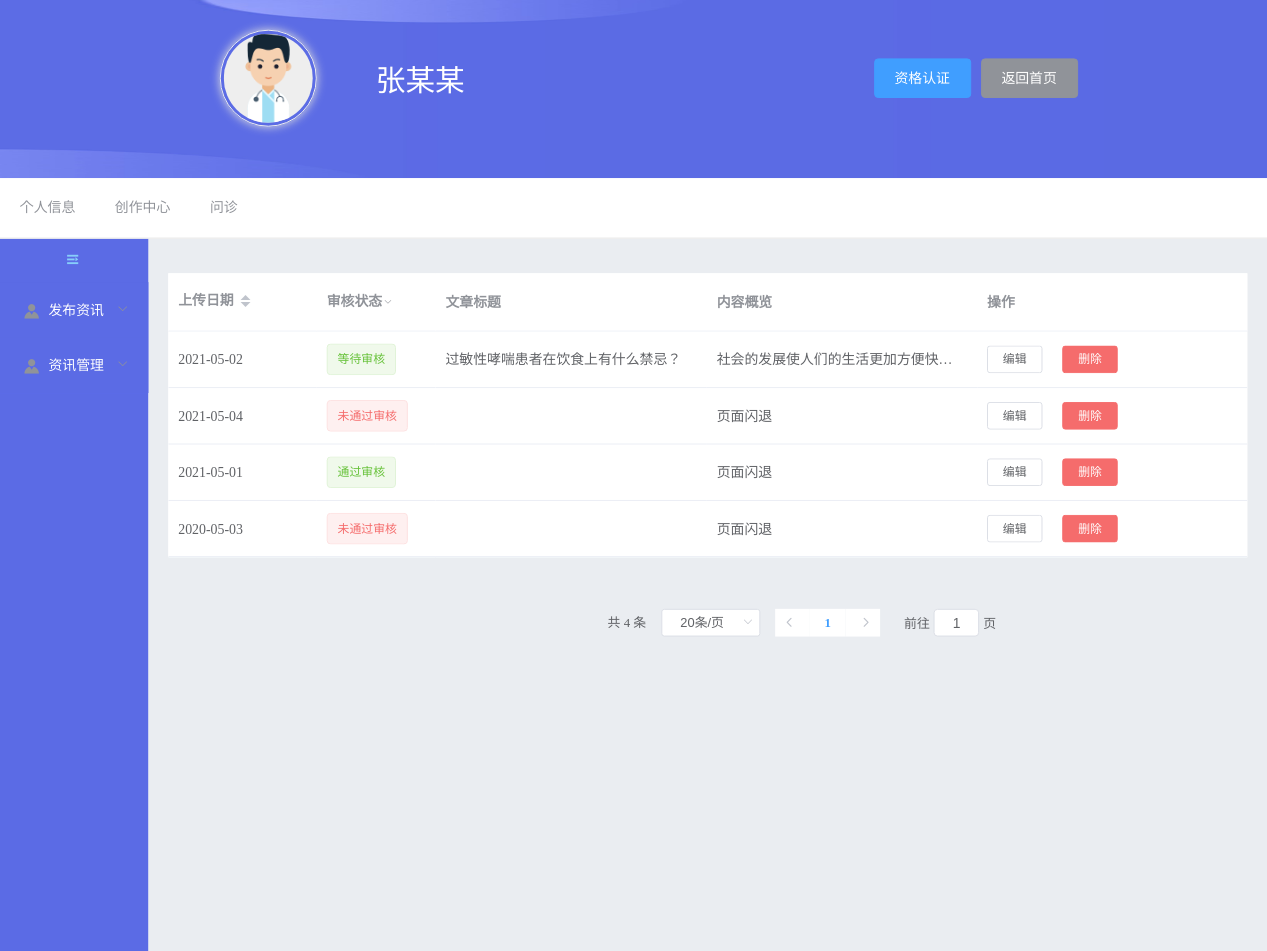
Repository: DiscreteL/SOA_Front
Page: /#/manageArticle
These files come from the project's save history. The page is drawn as it stood at one moment and after the next save; the edit follows.
The browser window is 1280 px wide. The pictures show the whole page, at 99% of full size.
The project was rebuilt for these pictures with package versions that can differ from the ones it lists, and the page was loaded fresh each time. Also part of the build but not shown: vue.config.js, src/components/navigation.vue, src/components/dialog.vue, src/views/news.vue, src/components/announcement.vue, src/components/patientKnow.vue, src/views/Home.vue, src/views/login.vue and 15 more.

Above is the page before, as saved 2021-11-29 12:43:30.

### src/main.js
import Vue from 'vue'
import App from './App.vue'
import router from './router'
import store from './store'
import ElementUI from 'element-ui';
import 'element-ui/lib/theme-chalk/index.css';
import instance_ from "@/utils/api";

Vue.use(ElementUI);

Vue.config.productionTip = false

Vue.prototype.instance = instance_

new Vue({
  router,
  store,
  render: h => h(App)
}).$mount('#app')

router.beforeEach((to, from, next) => {
  /* 路由发生变化修改页面title */
  if (to.meta.title) {
      document.title = to.meta.title
  }
  next()
})

### src/App.vue
<template>
  <div id="app">
    <router-view/>
  </div>
</template>

<style lang="less" scoped>
</style>

<script>
export default {
  name: 'app'
}
</script>

### src/utils/api.js
//输出通用axios实例
import axios from 'axios';
axios.defaults.withCredentials = false

const instance = axios.create({
  timeout: 10000,
   headers: {
    'Content-Type': "multipart/form-data;charset=utf-8",
  }
});

export default {
  //GqvbYer04485869e6b5acbed4ed10dfd79468f6d84577b1

   diseaseList (data) {
     return instance.get("https://api.apishop.net/common/disease/queryDiseaseList?apiKey=GqvbYer04485869e6b5acbed4ed10dfd79468f6d84577b1&page=1&pageSize=50", data);
   },
   diseaseInfo(data){
    return instance.get("https://api.apishop.net/common/disease/queryDiseaseInfo?apiKey=GqvbYer04485869e6b5acbed4ed10dfd79468f6d84577b1&diseaseID="+data);
   }


//   allUser () {
//     return instance.post('/api/user');
//   },
//   allProduct () {
//    return instance.post('/api/product')
//   },
//   upload (data) {
//     return instance.post('/api/upload',data)
//   },
//   regist (data){
//   	return instance.post('/api/createOrUpdateUser',data)
//   }
};

### src/views/doctor/messageCenter.vue
<template>
  <div class="home_container">
    <UserHomeNav2></UserHomeNav2>
    <!--页面主体区-->
    <el-container>
      <!--侧边栏-->
      <el-aside :width="isCollapse ? '64px' : '150px'">
        <div class="toggle-button" @click="toggleCollapse">
          <div v-if="this.isCollapse == true">
            <i class="el-icon-s-fold"></i>
          </div>
          <div v-else>
            <i class="el-icon-s-unfold"></i>
          </div>
        </div>
        <el-menu
          background-color="#5b6be5"
          text-color="#fff"
          active-text-color="#409EFF"
          :collapse="isCollapse"
          :collapse-transition="false"
          :router="true"
          :default-active="activePath"
        >
          <!-- :unique-opened="true"->只允许展开一个菜单 -->
          <!-- :collapse-transition="false" -> 关闭动画 -->
          <!-- router -> 导航开启路由模式 -->
          <el-submenu index="1">
          <!-- 一级菜单模板 -->
          <template slot="title">
            <i class="el-icon-s-custom"></i>
            <span>发布资讯</span>
          </template>
            <el-menu-item index="/uploadArticle" @click="saveNavState('/uploadArticle')">
              <i class="el-icon-date" style="color: #dcdcdc"></i>
              <span slot="title">发布文章</span>
            </el-menu-item>
            <el-menu-item index="/uploadVideo" @click="saveNavState('/uploadVideo')">
              <i class="el-icon-date" style="color: #dcdcdc"></i>
            <span slot="title">上传视频</span>
            </el-menu-item>
          </el-submenu>
          <el-submenu index="2">
          <!-- 一级菜单模板 -->
          <template slot="title">
            <i class="el-icon-s-custom"></i>
            <span>资讯管理</span>
          </template>
            <el-menu-item index="/manageArticle" @click="saveNavState('/manageArticle')">
              <i class="el-icon-date" style="color: #dcdcdc"></i>
              <span slot="title">文章管理</span>
            </el-menu-item>
            <el-menu-item index="/manageVideo" @click="saveNavState('/manageVideo')">
              <i class="el-icon-date" style="color: #dcdcdc"></i>
            <span slot="title">视频管理</span>
            </el-menu-item>
          </el-submenu>
        </el-menu>
      </el-aside>
      <!--右侧主体区-->
      <el-main>
        <router-view></router-view>
      </el-main>
    </el-container>
  </div>
</template>

<script>
import UserHomeNav2 from "@/components/userhomenav2.vue";

export default {
  name: "messageCenter",
  components: {
    UserHomeNav2,
  },
  data() {
    return {
      // 默认不折叠
      isCollapse: false,
      // 被激活导航地址
      activePath: "",
    };
  },
  created() {
    this.activePath = window.sessionStorage.getItem("activePath");
  },
  methods: {
    toggleCollapse() {
      this.isCollapse = !this.isCollapse;
    },
    saveNavState(activePath) {
      window.sessionStorage.setItem("activePath", activePath);
      this.activePath = activePath;
    },
  },
};
</script>

<style lang="less" scoped>
html,
body {
  width: 100%;
  height: 100%;
  margin: 0px;
  padding: 0px;
}
.home_container{
    height: 100vh;
}
.el-container{
    height: 100%;
}
.el-aside {
  background-color: #5b6be5;
  .el-menu {
    border-right: none;
  }
}
.el-main {
  background-color: #eaedf1;
}
.toggle-button {
  background-color: #5b6be5;
  font-size: 15px;
  line-height: 24px;
  color: #87cefa;
  text-align: center;
  letter-spacing: 0.2em;
  cursor: pointer;
  padding: 10px;
}
.logo_box {
  height: 60px;
  width: 60px;
  border: 5px #53868b;
  border-radius: 50%; /* 圆角 */
  position: relative;
  margin: 30px;
}
.port_box img {
  width: 100%;
  height: 100%;
  border-radius: 50%; /* 圆角 */
  background-color: #53868b;
}
</style>

### src/views/doctor/message/manageArticle.vue
<template>
  <div class="reportForm">
    <div class="form" style="margin-top: 15px">
      <el-table
        ref="filterTable"
        :data="
          tableData.slice((currentPage - 1) * pageSize, currentPage * pageSize)
        "
        style="width: 100%"
      >
        <el-table-column
          prop="date"
          label="上传日期"
          sortable
          width="150"
          column-key="date"
        >
        </el-table-column>
        <el-table-column
          prop="status"
          label="审核状态"
          width="120"
          :filters="[
            { text: '等待审核', value: '等待审核' },
            { text: '通过审核', value: '通过审核' },
            { text: '未通过审核', value: '未通过审核' },
          ]"
          :filter-method="filterStatus"
          filter-placement="bottom-end"
        >
          <template slot-scope="scope">
            <el-tag
              :type="scope.row.status === '未通过审核' ? 'danger' : 'success'"
              disable-transitions
            >
              {{ scope.row.status }}
            </el-tag>
          </template>
        </el-table-column>
        <el-table-column
          prop="title"
          label="文章标题"
          :show-overflow-tooltip="true"
        >
        </el-table-column>
        <el-table-column
          prop="content"
          label="内容概览"
          :show-overflow-tooltip="true"
        >
        </el-table-column>
        <el-table-column label="操作">
          <el-button size="mini" @click="dialogTableVisible = true"
            >编辑</el-button
          >
          <el-dialog title="反馈信息" :visible.sync="dialogTableVisible">
            <el-descriptions direction="vertical" :column="4" border>
              <el-descriptions-item label="用户id">123456789</el-descriptions-item>
              <el-descriptions-item label="反馈时间">2016-05-02</el-descriptions-item>
              <el-descriptions-item label="反馈内容"
                >页面闪退</el-descriptions-item
              >
              <el-descriptions-item label="处理结果"
                >NULL</el-descriptions-item
              >
            </el-descriptions>
          </el-dialog>
          <el-button
            size="mini"
            type="danger"
            style="margin-left: 20px"
            @click="del"
            >删除</el-button
          >
        </el-table-column>
      </el-table>
    </div>
    <div class="block">
      <el-pagination
        align="center"
        @size-change="handleSizeChange"
        @current-change="handleCurrentChange"
        :current-page="currentPage"
        :page-sizes="[1, 5, 10, 20]"
        :page-size="pageSize"
        layout="total, sizes, prev, pager, next, jumper"
        :total="tableData.length"
      >
      </el-pagination>
    </div>
  </div>
</template>

<script>
export default {
  data() {
    return {
      tableData: [
        {
          date: "2021-05-02",
          status: "等待审核",
          title: "过敏性哮喘患者在饮食上有什么禁忌？",
          content: '社会的发展使人们的生活更加方便快捷，推动了人民中国质量的提高。但是另一方面也给人类带来了一些危害，社会快速发展的背后就是工业的发展，工业发展必然会带来一些环境污染，环境未来竟然又会影响到人类，所以如何实现人地协调发展是一个非常重要的问题。如果不能实现人地协调发展，就会给人类带来很大的危害。就比如说现在各种疾病的患病率越来越高，和工业污染有一定的关联。今天就给大家介绍一下，过敏性哮喘患者在饮食上有什么样的禁忌。'
        },
        {
          date: "2021-05-04",
          status: "未通过审核",
          id: '123456789',
          content: '页面闪退'
        },
        {
          date: "2021-05-01",
          status: "通过审核",
          id: '123456789',
          content: '页面闪退'
        },
        {
          date: "2020-05-03",
          status: "未通过审核",
          id: '123456789',
          content: '页面闪退'
        },
      ],
      dialogTableVisible: false,
      dialogFormVisible: false,
      currentPage: 1, // 当前页码
      total: 20, // 总条数
      pageSize: 20, // 每页的数据条数
      form: {
          reason: '',
          region: 0,
          delivery: false
        },
        formLabelWidth: '120px'
    };
  },
  methods: {
    filterHandler(value, row, column) {
      const property = column["property"];
      return row[property] === value;
    },
    filterStatus(value, row) {
      return row.status === value;
    },
    //每页条数改变时触发 选择一页显示多少行
    handleSizeChange(val) {
      console.log(`每页 ${val} 条`);
      this.currentPage = 1;
      this.pageSize = val;
    },
    //当前页改变时触发 跳转其他页
    handleCurrentChange(val) {
      console.log(`当前页: ${val}`);
      this.currentPage = val;
    },
    del(){

    }
  },
};
</script>

<style scoped>
.reportForm {
  width: 100%;
  display: flex;
  flex-direction: column;
}
.form {
  float: left;
  width: 100%;
}
.el-table .warning-row {
  background: oldlace;
}

.el-table .success-row {
  background: #f0f9eb;
}
.block {
  float: left;
  width: 100%;
  position: fixed;
  bottom: 75px;
}
</style>

### src/components/userhomenav2.vue
<template>
  <div class="container">
    <div class="head">
      <div class="background">
        <img src="@/assets/back.jpg" alt="" width="100%" height="100%" />
      </div>
      <div class="headmain">
        <div class="left">
          <!-- 头像部分 -->
          <div class="port_box">
            <img src="../assets/docPort.png" />
          </div>

          <!-- 个人信息部分 -->
          <div
            class="Info"
            style="color: white; font-size: 30px; font-family: 宋体"
          >
            {{ userName }}<br />
          </div>
        </div>
        <div>
            <el-button type="primary" @click="certify">资格认证</el-button>
          <el-button type="info" @click="returnhome">返回首页</el-button>
        </div>
      </div>
    </div>
    <div class="navBar">
      <el-menu
        :default-active="this.$route.path"
        class="el-menu-demo"
        router
        mode="horizontal"
        active-text-color="#409EFF"
      >
        <el-menu-item v-for="(item, i) in navList" :key="i" :index="item.name">
          {{ item.navItem }}
        </el-menu-item>
      </el-menu>
    </div>
    <div></div>
  </div>
</template>

<script>
export default {
  name: "UserHomeNav2",
  data() {
    return {
      //   userID: window.sessionStorage.getItem("id"),
      userName: "张某某",
      navList: [
        { name: "/userHome2", navItem: "个人信息" },
        { name: "/messageCenter", navItem: "创作中心" },
        { name: "/consult", navItem: "问诊" },
        // { name: "/help", navItem: "帮助中心" },
      ],
    };
  },
  methods: {
    returnhome(){
      this.$router.push("/home");
    },
    certify(){

    }
  },
};
</script>

<style scoped>
.head {
  height: 180px;
  width: 100%;
}
.background {
  width: 100%;
  height: 180px;
  z-index: -1;
  position: absolute;
}
.headmain {
  display: flex;
  justify-content: space-around;
  align-items: center;

}
.left {
  display: flex;
  align-items: center;
}
.port_box {
  height: 90px;
  width: 90px;
  border: 1px solid #eee;
  border-radius: 50%; /* 圆角 */
  padding: 3px; /*图片和边框之间的间距 */
  box-shadow: 0 0 10px #ddd; /*阴影 */
  position: relative;
  margin: 30px;
}
.port_box img {
  width: 100%;
  height: 100%;
  border-radius: 50%; /* 圆角 */
  background-color: #eee;
}

.Info {
  text-align: left;
  font: 15px "Microsoft YaHei";
  margin: 30px;
  position: relative;
}
</style>

### src/axios/url.js
import patient from './modules/patient';
import alluser from './modules/alluser';
import doctor from './modules/doctor';
import admin from './modules/admin';
export default {
    patient,
    alluser,
    doctor,
    admin,
};

### src/axios/request.js
import axios from './axios';
export default {
  // get请求
  get(url, param) {
    return new Promise((resolve, reject) => {
      axios({
        method: 'get',
        url,
        params: param
      })
        .then((res = {}) => {
          if (res.code !== '200') reject(res);
          resolve(res);
        })
        .catch(_ => {
          reject(_)});
    });
  },
  // post请求
  post(url, param) {
    return new Promise((resolve, reject) => {
      axios({
        method: 'post',
        url,
        data: param,
      })
        .then((res = {}) => {
          if (res.code !== '200') reject(res);
          resolve(res);
        })
        .catch(_ => reject(_));
    });
  },
};

### src/axios/modules/patient.js
export default {
    getDocListData:'/Patient/GetDoctorList',
    getDrugData:'/Patient/GetDrugInforList',
    getHosData:'/Patient/GetHospitalList',
    getNoticeData:'/Patient/GetNoticeList',
    getDiseaseData:'/Patient/GetDiseaseList',
    patientLogin:'/Patient/Login',
    doctorLogin:'/Doctor/Login',
    patientRegister:'/Patient/Register',
    doctorRegister:'/Doctor/Register',
    postReservationData:'/Patient/PostReservation',
    sendAcidForm:'/Patient/PostAppOfNuc',
    sendOffineReservation:'/Patient/PostOfflineApp',
    getCart:'/Patient/GetCart',
    clearCart:'/Patient/EmptyCart',
    addCart:'/Patient/AddDrug',
    getDocInfoData:'/Patient/GetDoctor',
    getDrugsIncludedListData:'/Patient/GetIncludeList',
    postRateData:'/Patient/PostRating',
    getPreData:'/Patient/GetPre',
    getDiseaseListData:'/Patient/GetDiseaseList',//存在重复
    getDepartmentListData:'/Patient/GetDepartmentList',//存在重复
    getPatientInfo:'/Patient/GetPatiInfor',
    postAutoAddData:'/Patient/AutoAddDrug',
    getDrugListData:'/Patient/GetDrugInforList',//存在重复
    getLocalImg:'/Patient/GetImg',
    getNAT:'/Patient/GetAppsOfNuc',
    postNoticeData:'/Admin/PostNotice',
    deleteNotice:'/Admin/DeleteNotice',
    getPaiIno:'/Patient/GetPatient',
    getOfflineApp:'/Patient/GetOfflineAppList',
    getReservations:'/Patient/GetReservations',
    getPatiBMI:'/Patient/GetPatiInfor',
    getHospital:'/Patient/GetHospital',
    getPreData:'/Patient/GetPre',
    postPaiIno:'/Patient/ModInfor',
    postUpdateReservation:'Patient/UpdateReservation',
    postRectifyOfflineApp:'/Patient/RectifyOfflineApp',
    postRectifyNucleicApp:'/Patient/RectifyNucleicApp',
    updateReservationData:'/Patient/UpdateReservation',
    getDoctorData:'/Doctor/GetDoctor',
    getRecordsData:'/Doctor/GetReservationLists',
    getCompletedRecordsData:'/Doctor/GetRecords'
  };

### src/axios/modules/alluser.js
export default{
    sendChatMes:'/Base/PostChat',
    getChatMes:'/Base/GetChat'
};

### src/axios/modules/doctor.js
export default {
    getPatientInfoData:'/Doctor/GetPatient',
    postPreData:'/Doctor/PostPre',
    postMedicineIncludedData:'/Doctor/PostInclude',
    postReportData:'/Doctor/PostReport',
    getDocIno:'/Doctor/GetDoctor',
};

### src/axios/modules/admin.js
export default {
    getReportListData:'/Admin/GetReportForms',
    getNoticeListData:'/Admin/GetNoticeList',
    postNoticeData:'/Admin/PostNotice'
}

### src/axios/axios.js
import axios from 'axios';
import router from '../router';
import Vue from 'vue';
import qs from 'qs';
//import store from '../store/index';

//import Storage from '../utils/storages';


// 错误状态码处理提示
class MessageTip extends Vue {
  static messageTipInstance = null;
  messageTip = null;

  static instance() {
    if (!this.messageTipInstance) {
      this.messageTipInstance = new MessageTip();
    }
    this.messageTipInstance;
  }

  // 提示信息
  msgInfo(msg) {
    this.messageTip && this.messageTip.close();
    this.messageTip = this.$message({
      showClose: true,
      message: msg,
      type: 'error',
      center: true
    });
  }

  // 错误信息
  errorInfo(errorCode) {
    this.messageTip && this.messageTip.close();
    let msg = '';
    switch (errorCode) {
      case '400':
        msg = '请求错误';
        break;
      case '401':
        msg = '登录会话过期，请重新登录';
        break;
      case '403':
        msg = '拒绝访问';
        break;
      case '404':
        msg = '请求地址出错';
        break;
      case '408':
        msg = '请求超时';
        break;
      case '500':
        msg = '服务器内部错误';
        break;
      case '501':
        msg = '服务器未实现';
        break;
      case '502':
        msg = '网络错误';
        break;
      case '503':
        msg = '服务不可用';
        break;
      case '504':
        msg = '网关超时';
        break;
      case '505':
        msg = 'HTTP版本不受支持';
        break;
    }
    this.messageTip = this.$message({
      showClose: true,
      message: msg,
      type: 'error',
      center: true
    });
  }
}

const messageTip = new MessageTip();

axios.defaults.headers.post['Content-Type'] = 'application/json';

axios.defaults.withCredentials = true;
axios.defaults.baseURL = '/api';
axios.defaults.timeout = 5000;
// 请求拦截器
axios.interceptors.request.use(
  config => {
    if(config.method === 'post') {
      config.data = qs.stringify(config.data)
      config.url += '?' + config.data
    }
    else {
      config.params = qs.stringify(config.params)
      config.url += '?' + config.params
    }
    //config.headers.token = localStorage.getItem('$token_info');
    return config;
  },
  error => {
    return Promise.reject(error);
  }
);

// 响应拦截器
axios.interceptors.response.use(
  response => {
    response.data = {
      result:response.data,
      code:`${response.status}`
    }
    if (response && response.data && response.data.code !== '200') {
      response.data.msg && messageTip.msgInfo(response.data.msg);
      console.log(response)
      return Promise.reject(response.data);
    }
    return response.data;
  },
  error => {
    console.log(error)
    console.log(error.response)
    if (
      error &&
      error.response &&
      error.response.status &&
      messageTip.errorInfo(error.response.status)
    ) {
      return Promise.reject(error);
    }
  }
);
export default axios;

Loaded but not shown: public/index.html (common file); src/store/index.js (common file); src/router/index.js (235 lines, source omitted); src/service/userService.js (198 lines, source omitted)

After the next save:
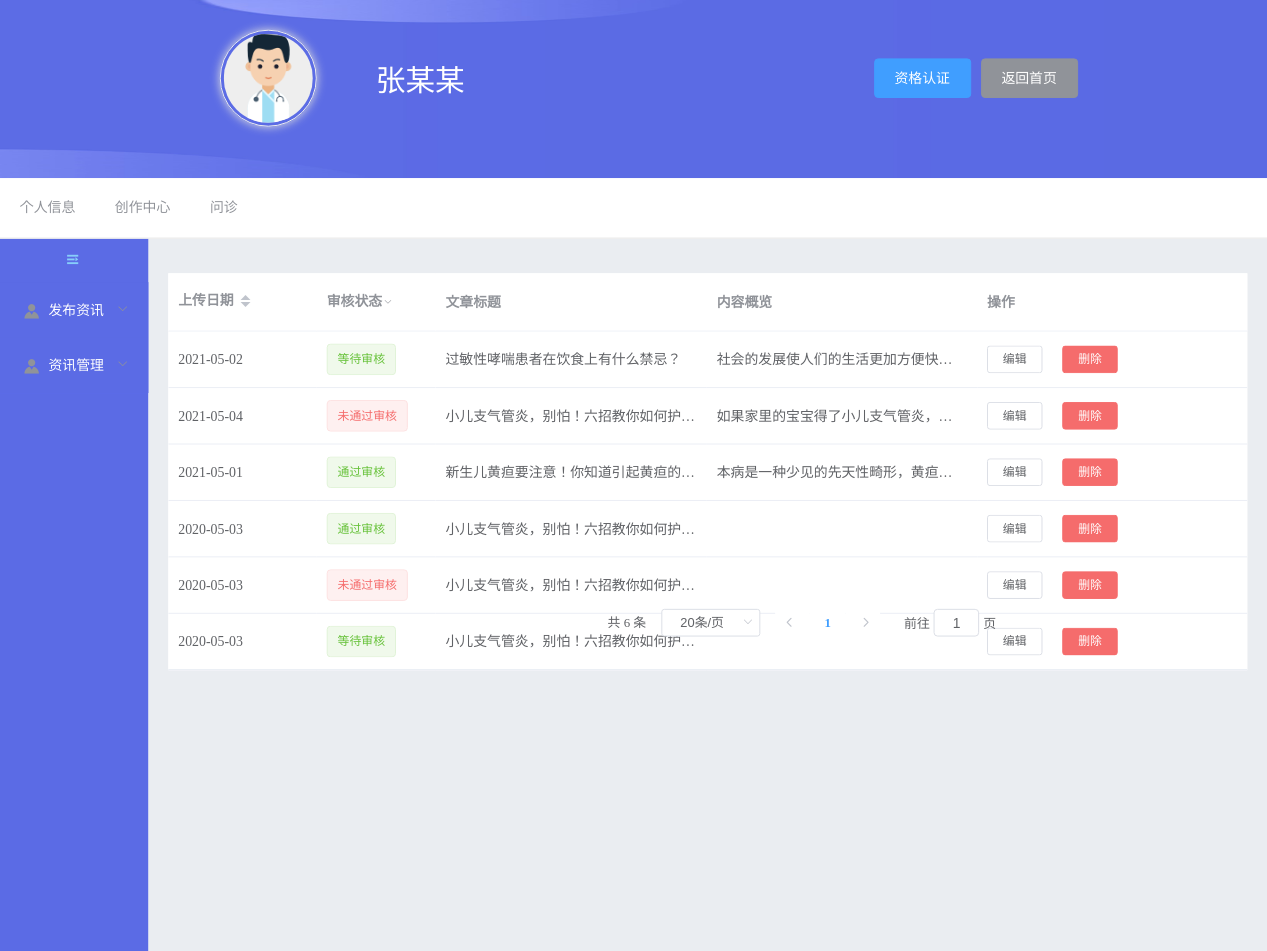
Saved 119 s later.
--- a/src/views/doctor/message/manageArticle.vue
+++ b/src/views/doctor/message/manageArticle.vue
@@ -105,20 +105,32 @@ export default {
         {
           date: "2021-05-04",
           status: "未通过审核",
-          id: '123456789',
-          content: '页面闪退'
+          title: "小儿支气管炎，别怕！六招教你如何护理！",
+          content: "如果家里的宝宝得了小儿支气管炎，牵动着各位爸爸妈心，家长朋友往往比患儿还要着急，看着孩子难受，内心也是备受煎熬，那各位宝爸宝妈们，你们知道如何护理吗？知道如何给宝宝做膳食吗？我们一起来学学吧。"
         },
         {
           date: "2021-05-01",
           status: "通过审核",
-          id: '123456789',
-          content: '页面闪退'
+          title: "新生儿黄疸要注意！你知道引起黄疸的真正原因吗？",
+          content:"本病是一种少见的先天性畸形，黄疸乃因胚胎发育异常造成的胆道闭锁或狭窄，胆汁不能排泄或排泄不畅所致。黄疸的特点是出生不久即发生，呈进行性加重，全身皮肤深桔黄色，尿布被尿液染黄后用清水常冲洗不掉。此病预后恶劣，应早期手术"
+        },
+        {
+          date: "2020-05-03",
+          status: "通过审核",
+          title: "小儿支气管炎，别怕！六招教你如何护理！",
+          content:""
         },
         {
           date: "2020-05-03",
           status: "未通过审核",
-          id: '123456789',
-          content: '页面闪退'
+          title: "小儿支气管炎，别怕！六招教你如何护理！",
+          content:""
+        },
+        {
+          date: "2020-05-03",
+          status: "等待审核",
+          title: "小儿支气管炎，别怕！六招教你如何护理！",
+          content:""
         },
       ],
       dialogTableVisible: false,
